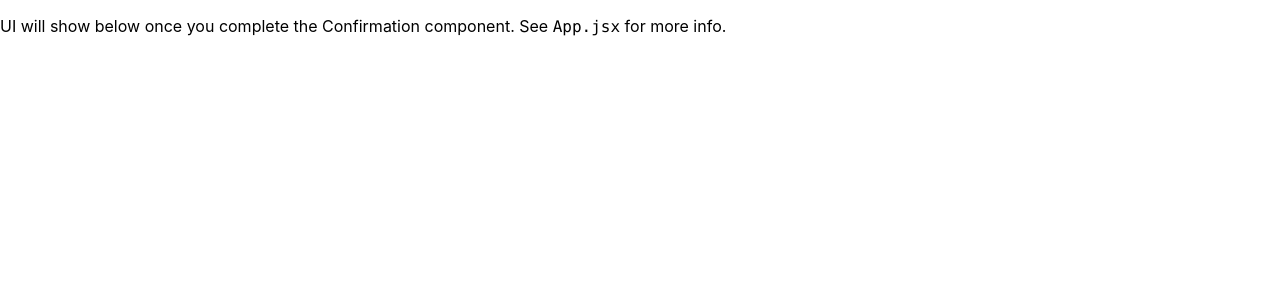
Repository: ahmadsaadkhan/wavesurfer-testproject
Page: /
These files come from the project's save history. The page is drawn as it stood at one moment and after the next save; the edit follows.
The browser window is 1280 px wide. The pictures show the whole page.
The project was rebuilt for these pictures with package versions that can differ from the ones it lists, and the page was loaded fresh each time. Also part of the build but not shown: src/components/Notification.js.

Above is the page before, as saved 2022-02-19 18:26:21.

### src/index.css
body {
    margin: 0;
    font-family: -apple-system, BlinkMacSystemFont, 'Segoe UI', 'Roboto', 'Oxygen', 'Ubuntu', 'Cantarell', 'Fira Sans', 'Droid Sans', 'Helvetica Neue', sans-serif;
    -webkit-font-smoothing: antialiased;
    -moz-osx-font-smoothing: grayscale;
}

code {
    font-family: source-code-pro, Menlo, Monaco, Consolas, 'Courier New', monospace;
}

.container {
    margin: 12px;
}

### src/App.js
import React from "react";
import ReactDOM from "react-dom";
import Confirmation from "./components/Confirmation";

/* Changes made to this file will not affect your tests.
 * This file is used to control the behavior of the web preview.
*/
const App = props => (
  <div id="app">
    <p>
      UI will show below once you complete the Confirmation component. See <code>App.jsx</code> for more info.
    </p>
    <Confirmation
      message='Is the pie a lie?'
      type='message'
      accept={() =>
        console.log("accepted") // prints to browser console
      }
      decline={() => console.log("declined")}
    />
  </div>
);

export default App;

### src/components/confirmation.js
import React from "react";
import Notification from "./Notification";

const Confirmation = () => {
  // TODO your code here

  return null;
};

export default Confirmation;

Loaded but not shown: public/index.html (common file); src/index.js (common file)

After the next save:
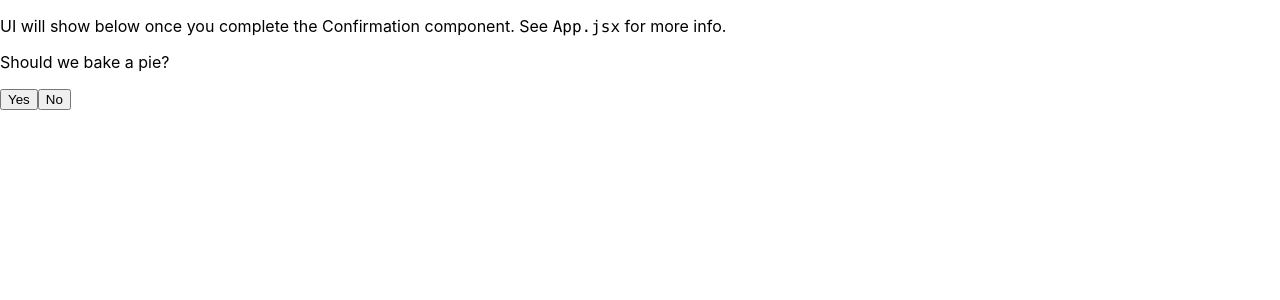
Saved 4 min 1 s later.
--- a/src/components/confirmation.js
+++ b/src/components/confirmation.js
@@ -2,9 +2,13 @@ import React from "react";
 import Notification from "./Notification";
 
 const Confirmation = () => {
-  // TODO your code here
-
-  return null;
+    return (
+        <div class="alert alert-info">
+            <p>Should we bake a pie?</p>
+            <button class="btn btn-primary">Yes</button>
+            <button class="btn btn-danger">No</button>
+        </div>
+    )
 };
 
 export default Confirmation;
